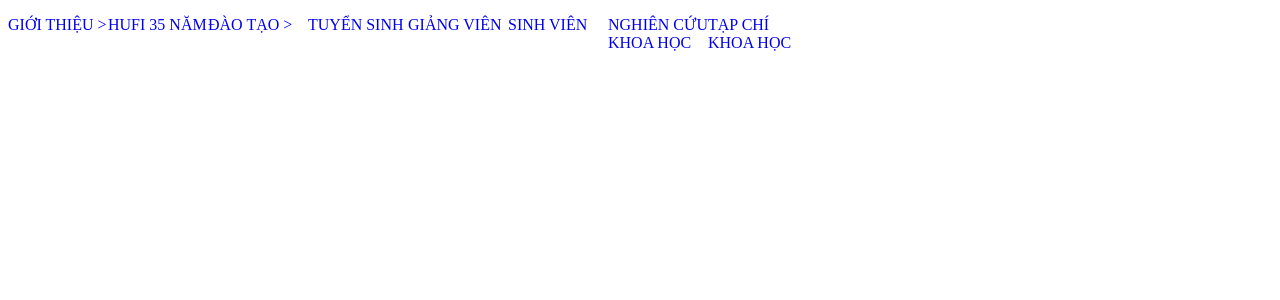
Repository: Tan-Khang21/TH_TKW--Buoi_08
Page: Bai_Tap_Tren_Lop/Bai_03/Bai_03.html
The author's editor kept a copy of each file at every save. The page is drawn from the files as they stood at one save, then again after the next save.
The browser window is 1280 px wide. The pictures show the whole page.

Above is the page before, as saved 2024-03-13 20:18:58.

### Bai_Tap_Tren_Lop/Bai_03/Bai_03.html
<!DOCTYPE html>
<html lang="en">
  <head>
    <meta charset="UTF-8" />
    <meta name="viewport" content="width=device-width, initial-scale=1.0" />
    <title>Document</title>
  </head>
  <link rel="stylesheet" href="style.css" />
  <body>
    <nav>
      <ul class="list1">
        <li class="list1_item"><a href="#">GIỚI THIỆU ></a></li>
        <li style="display: flex" class="list1_item">
          <a href="#">HUFI 35 NĂM </a>
          <!-- <ul style="display: flex; flex-direction: column" class="list2">
            <li class="list2_item"><a href="#">Sinh viên Hufi</a></li>
            <li style="display: flex" class="list2_item">
              <a href="#"> Sinh viên CNTT</a>
              <ul style="display: flex; flex-direction: column" class="list3">
                <li class="list3_item"><a href="#">Khóa 09DHTH</a></li>
                <li class="list3_item"><a href="#">Khóa 10DHTH</a></li>
              </ul>
            </li>
          </ul> -->
        </li>
        <li style="display: flex" class="list1_item">
          <a href="#"> ĐÀO TẠO ></a>
          <!-- <ul style="display: flex; flex-direction: column" class="list2">
            <li class="list2_item"><a href="#">Học vụ</a></li>
            <li class="list2_item"><a href="#">Điểm rèn luyện</a></li>
            <li class="list2_item"><a href="#">Đoàn thể</a></li>
            <li class="list2_item"><a href="#">Sinh hoạt ngoại khóa</a></li>
          </ul> -->
        </li>
        <li class="list1_item">
          <a href="#"> TUYỂN SINH</a>
        </li>

        <li class="list1_item">
          <a href="#">GIẢNG VIÊN</a>
        </li>
        <li class="list1_item">
          <a href="#">SINH VIÊN </a>
        </li>
        <li class="list1_item">
          <a href="#">NGHIÊN CỨU KHOA HỌC</a>
        </li>
        <li class="list1_item">
          <a href="#">TẠP CHÍ KHOA HỌC</a>
        </li>
      </ul>
    </nav>
  </body>
</html>

### Bai_Tap_Tren_Lop/Bai_03/style.css
* {
  box-sizing: border-box;
}
ul {
  list-style: none;
  padding: 0;
}
.list1 {
  display: flex;
}
.list1_item {
  width: 100px;
}
a {
  text-decoration: none;
}

After the next save:
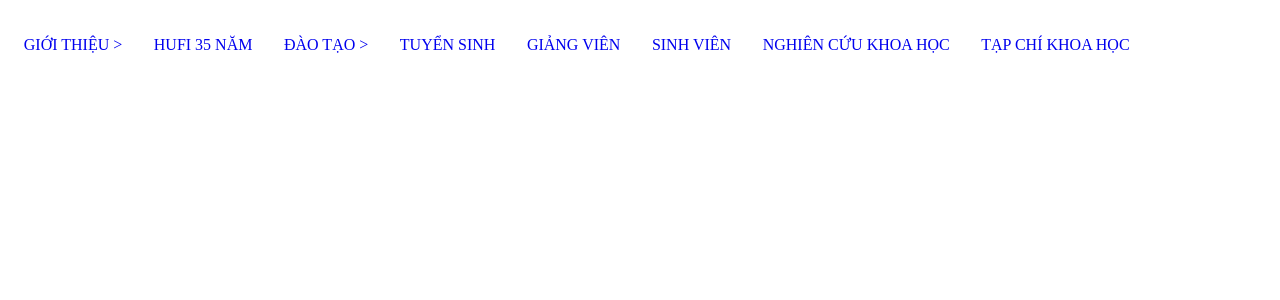
Saved 43 s later.
--- a/Bai_Tap_Tren_Lop/Bai_03/style.css
+++ b/Bai_Tap_Tren_Lop/Bai_03/style.css
@@ -7,9 +7,10 @@
 }
 .list1 {
   display: flex;
+  width: 90%;
 }
 .list1_item {
-  width: 100px;
+  margin: 20px auto;
 }
 a {
   text-decoration: none;
